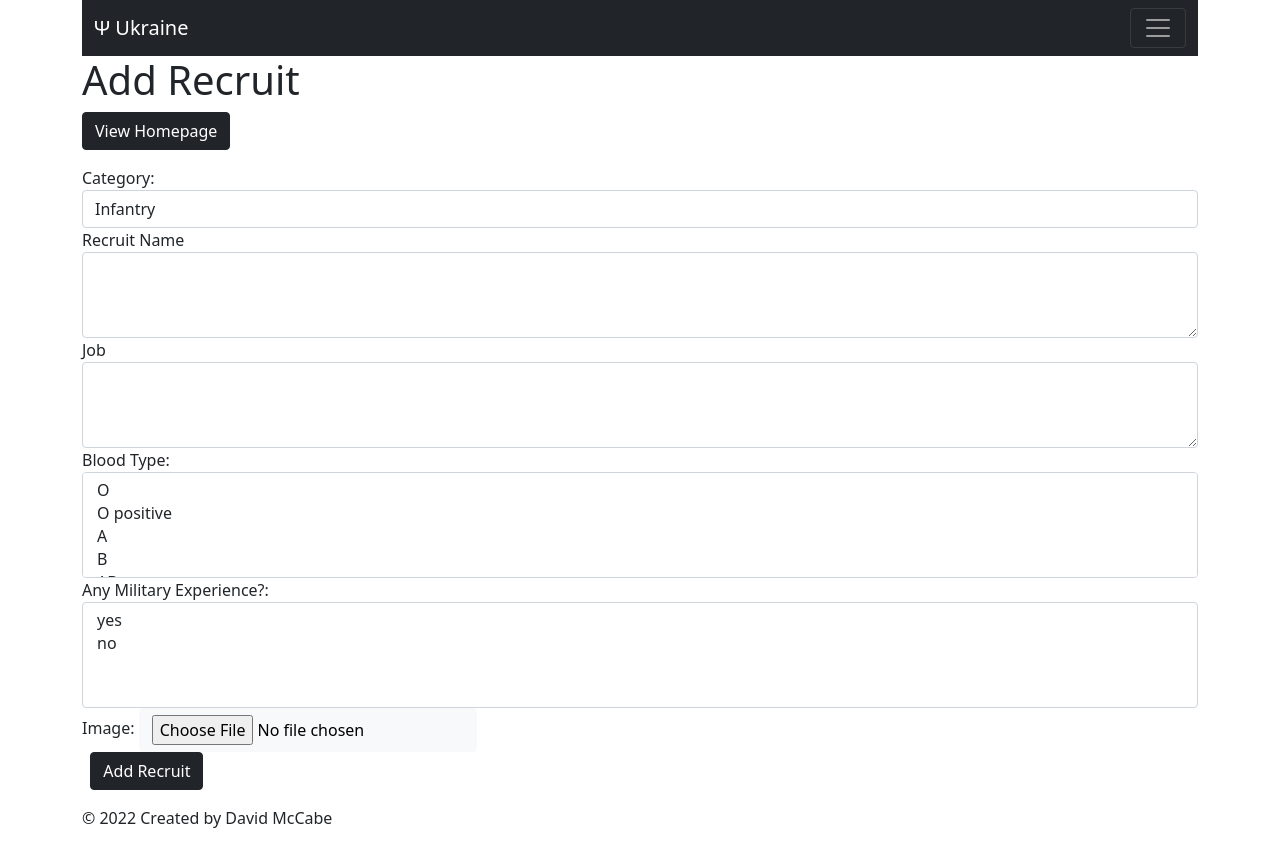
Repository: davidDKIT/ca2-davidmccabe-php
Page: http://localhost/add_record_form.php
These files come from the project's save history. The page is drawn as it stood at one moment and after the next save; the edit follows.
The browser window is 1280 px wide. The pictures show the whole page.
The page is run by PHP 8.4 with error messages shown; the project is at /var/www/html/. The database holds what the project's SQL file puts in it.

Above is the page before, as saved 2022-03-16 14:05:17.

### add_record_form.php
<?php
require('database.php');
$query = 'SELECT *
          FROM categories
          ORDER BY categoryID';
$statement = $db->prepare($query);
$statement->execute();
$categories = $statement->fetchAll();
$statement->closeCursor();
?>
<!-- the head section -->
<div class="container">
  <?php
  include('includes/header.php');
  ?>
  <h1>Add Recruit</h1>

  <form action="add_record.php" method="post" enctype="multipart/form-data" id="add_record_form">
  <p><a class="btn btn-dark" href="index.php">View Homepage</a></p>
    <div class="form-group">
      <label for="exampleFormControlInput1">Category:</label>
      <select class="form-control" id="exampleFormControlInput1" name="category_id">
        <?php foreach ($categories as $category) : ?>
          <option value="<?php echo $category['categoryID']; ?>">
            <?php echo $category['categoryName']; ?>
          </option>
        <?php endforeach; ?>
      </select>
    </div>
    <div class="form-group">
      <label for="exampleFormControlTextarea1">Recruit Name</label>
      <textarea class="form-control" id="exampleFormControlTextarea1" name="recruitName" rows="3"></textarea>
      <label for="exampleFormControlTextarea1">Job</label>
      <textarea class="form-control" id="exampleFormControlTextarea1" name="job" rows="3"></textarea>
      <label for="exampleFormControlSelect2">Blood Type:</label>
      <select multiple class="form-control" id="exampleFormControlSelect2" name="bloodType">
        <option>O</option>
        <option>O positive</option>
        <option>A</option>
        <option>B</option>
        <option>AB</option>
      </select>
      <label for="exampleFormControlSelect2">Any Military Experience?:</label>
      <select multiple class="form-control" id="exampleFormControlSelect2" name="militaryExp">
        <option>yes</option>
        <option>no</option>
      </select>
      <label>Image:</label>
      <input class="btn btn-light" type="file" name="image" accept="image/*" />
      <br>
    </div>
    <label>&nbsp;</label>
    <input class="btn btn-dark" type="submit" value="Add Recruit">
    <br>
  </form>

  <?php
  include('includes/footer.php');
  ?>

### database.php
<?php
    $dsn = 'mysql:host=localhost;dbname=ukraine_signup';
    $username = 'root';
    $password = '';

    try {
        $db = new PDO($dsn, $username, $password);
    } catch (PDOException $e) {
        $error_message = $e->getMessage();
        include('database_error.php');
        exit();
    }
?>

### includes/header.php
<!-- the head section -->
<?php
if (isset($_POST['submit'])) {
  $searchValue = $_POST['search'];
  $con = new mysqli("localhost", "root", "", "ukraine_signup");
  if ($con->connect_error) {
    echo "connection Failed: " . $con->connect_error;
  } else {
    $sql = "SELECT * FROM recruits WHERE recruitName LIKE '%$searchValue%'";

    $result = $con->query($sql);
    while ($row = $result->fetch_assoc()) {
      echo "Recruit found in database: " . $row['recruitName'] . '<br>' . "Their job associated: " . $row['job'] . '<br>' . '<br>';
    }
  }
}
?>

<head>
  <title>Ukraine Sign Up</title>
  <link href="https://cdn.jsdelivr.net/npm/bootstrap@5.1.3/dist/css/bootstrap.min.css" rel="stylesheet" integrity="sha384-1BmE4kWBq78iYhFldvKuhfTAU6auU8tT94WrHftjDbrCEXSU1oBoqyl2QvZ6jIW3" crossorigin="anonymous">
  <!-- Custom styles for this template-->
  <script src="https://cdn.jsdelivr.net/npm/bootstrap@5.1.3/dist/js/bootstrap.bundle.min.js" integrity="sha384-ka7Sk0Gln4gmtz2MlQnikT1wXgYsOg+OMhuP+IlRH9sENBO0LRn5q+8nbTov4+1p" crossorigin="anonymous"></script>

</head>

<!-- the body section -->

<body>
  <nav class="navbar navbar-dark bg-dark">
    <div class="container-fluid">
      <a class="navbar-brand" href="main.php">Ψ Ukraine</a>
      <button class="navbar-toggler" type="button" data-bs-toggle="collapse" data-bs-target="#navbarNavDropdown" aria-controls="navbarNavDropdown" aria-expanded="false" aria-label="Toggle navigation">
        <span class="navbar-toggler-icon"></span>
      </button>
      <div class="collapse navbar-collapse" id="navbarNavDropdown">
        <ul class="navbar-nav">
          <li class="nav-item">
            <a class="nav-link active" aria-current="page" href="index.php">Home</a>
          </li>
          <li class="nav-item">
            <a class="nav-link" href="category_list.php">Manage Categories</a>
          </li>
          <li class="nav-item">
            <a class="nav-link" href="add_record_form.php">Add New Recruit</a>
          </li>


        </ul>
      </div>
    </div>
  </nav>

### includes/footer.php
<footer>
<p>&copy; <?php echo date("Y"); ?> Created by David McCabe</p>
</footer>
</div><!-- close div container -->
</body>
</html>

### data-for-your-database.sql (the tables this page reads)
CREATE TABLE `categories` (
  `categoryID` int(11) NOT NULL AUTO_INCREMENT,
  `categoryName` varchar(255) NOT NULL,
  PRIMARY KEY (categoryID)
) ENGINE=InnoDB DEFAULT CHARSET=utf8;

INSERT INTO `categories` (`categoryID`, `categoryName`) VALUES
(1, 'Infantry'),
(2, 'Airforce'),
(3, 'Tank Crew'),
(4, 'Bombers'),
(5, 'Sniper Team');

ALTER TABLE `categories`
  ADD PRIMARY KEY (`categoryID`);

ALTER TABLE `categories`
  MODIFY `categoryID` int(11) NOT NULL AUTO_INCREMENT, AUTO_INCREMENT=3;

After the next save:
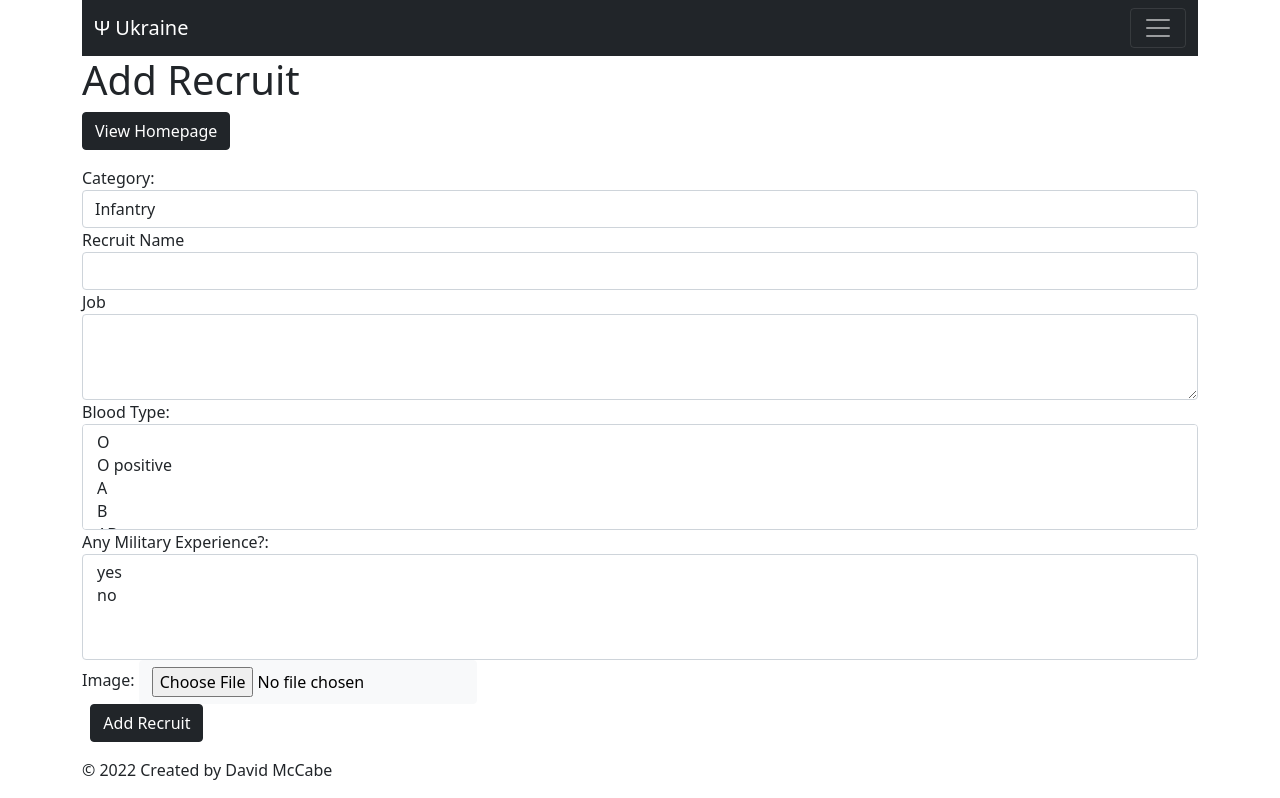
Saved 3 min 5 s later.
--- a/add_record_form.php
+++ b/add_record_form.php
@@ -29,7 +29,7 @@
     </div>
     <div class="form-group">
       <label for="exampleFormControlTextarea1">Recruit Name</label>
-      <textarea class="form-control" id="exampleFormControlTextarea1" name="recruitName" rows="3"></textarea>
+      <input class="form-control" id="exampleFormControlTextarea1" name="recruitName" onBlur="recruitName_validation();"><span id="recruitName_err"></span></li>
       <label for="exampleFormControlTextarea1">Job</label>
       <textarea class="form-control" id="exampleFormControlTextarea1" name="job" rows="3"></textarea>
       <label for="exampleFormControlSelect2">Blood Type:</label>
